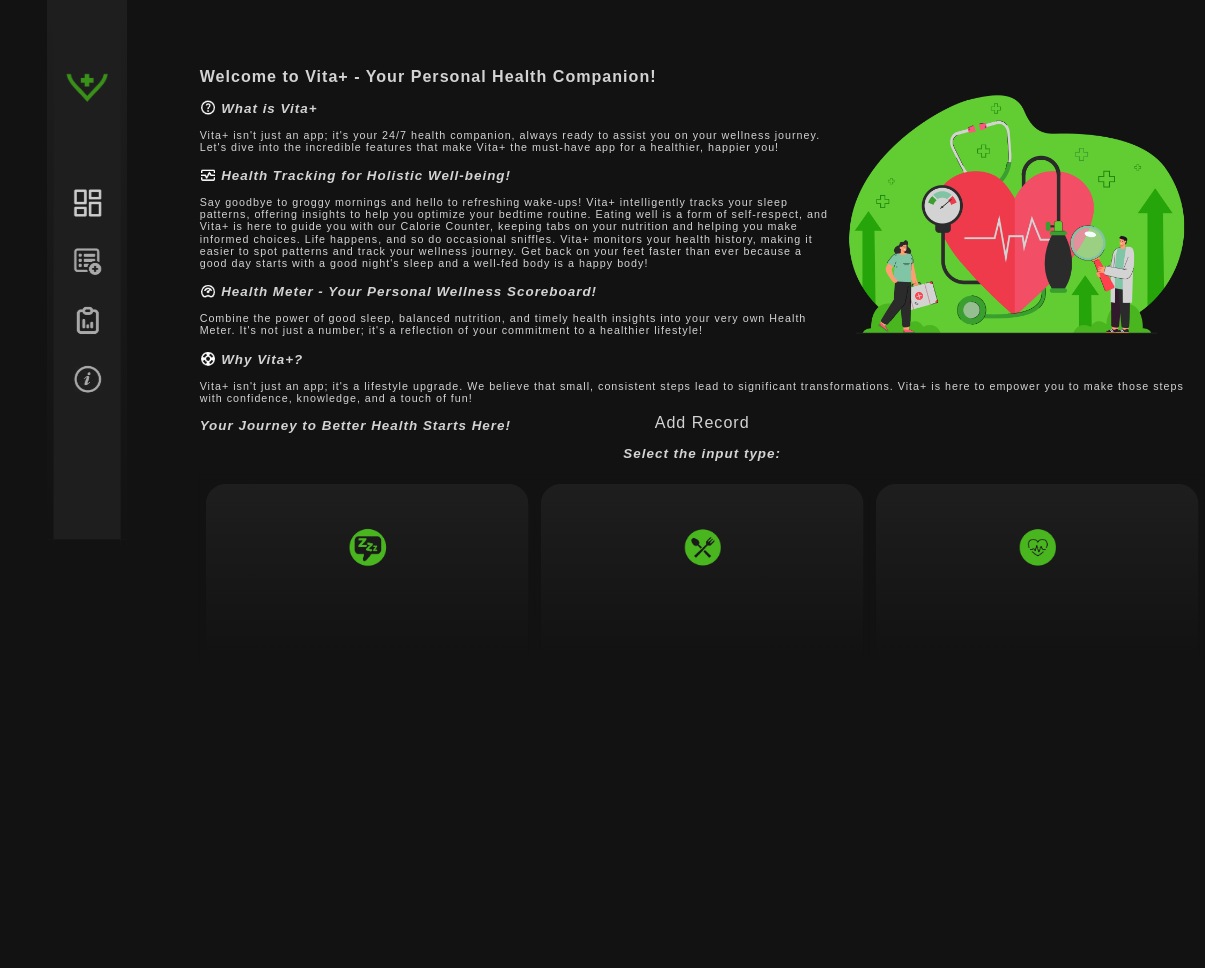
Repository: mhmd-bilal/health-analytics-dashboard
Page: http://localhost/project/info.jsp
An editor plug-in stored every save of this project. The page is shown before and after the next save, followed by the edit.
The browser window is 1280 px wide. The page is 1798 px wide, so the pictures cover 1798 px, including what lies to the right of the window. The pictures show the whole page, at 67% of full size.
Some web fonts or font styles are not loaded; a fallback is used. Some web libraries are served in a nearby version. The page is served by Tomcat 10. Other server files are loaded and not shown.

Above is the page before, as saved 2023-12-06 15:44:54.

### project/src/main/webapp/info.jsp
<%@ page import="project.SleepCalculator" %>
  <%@ page import="project.CaloriesCalculator" %>
    <%@ page import="project.IllnessCalculator " %>

      <html>

      <head>
        <meta charset="UTF-8">
        <meta name="viewport" content="width=device-width, initial-scale=1.0">
        <title>Your Health Dashboard</title>
        <link rel="stylesheet" href="https://fonts.googleapis.com/css?family=Kanit">
        <link rel="stylesheet" type="text/css" href="styles2.css">
        <meta name="viewport" content="width=device-width, initial-scale=1">
        <script src='https://cdnjs.cloudflare.com/ajax/libs/jquery/3.2.1/jquery.min.js'></script>
<link rel="stylesheet" href="https://fonts.googleapis.com/icon?family=Material+Icons">
        <script>
          // Use fetch to trigger the SleepAnalyticsServlet on page load
          function fetchSleepAnalytics() {
            fetch('SleepAnalyticsServlet')
              .then(response => response.text())
              .then(data => {
                // Optional: You can add logic to update the UI based on the response from the servlet
                console.log(data);
              })
              .catch(error => {
                console.error('Error:', error);
              });
          }
          function submitForm() {
            var inputValue = document.getElementById("inputValue").value;

            fetch('SaveToDatabaseServlet', {
              method: 'POST',
              headers: {
                'Content-Type': 'application/x-www-form-urlencoded',
              },
              body: 'inputValue=' + encodeURIComponent(inputValue),
            })
              .then(response => response.json())
              .then(data => {
                alert(data.message);
                if (data.recordAdded) {
                  alert('Record added successfully!');
                }
              })
              .catch(error => {
                console.error('Error:', error);
              });
          }

          function redirectToAddRecordPage() {
            window.location.href = 'addrecord.jsp';
          }



        </script>

      </head>
      <body style="overflow:hidden">
      <div class="sidenav">
    <a href="#" style="padding-bottom: 100px;padding-left: 10px;"><img style="width: 95%;filter: brightness(1);" src="logo.png"></a>
    <a class="active" href="index2.jsp"><img src="dashboard.png"></a>
    <a href="add.jsp"><img src="add.png"></a>
    <a href="anal.jsp"><img src="anal.png"></a>
    <a href="info.jsp"><img src="info.png"></a>
  </div>
        <div style="font-spacing:1px;margin-top:100px;height: fit-content;" class="main">
              <img src="infograhic.png" class="infograhic" height="400px" ></p>

                  <h2 style="font-weight: bolder;">Welcome to Vita+ - Your Personal Health Companion!</h2>
<p style="font-weight: bold;font-style:italic;font-size: 20px;;"><img src="help.png" style="margin-bottom:-5px;height:25px;filter: invert(100%)"> What is Vita+</p>
Vita+ isn't just an app; it's your 24/7 health companion, always ready to assist you on your wellness journey. Let's dive into the incredible features that make Vita+ the must-have app for a healthier, happier you!

<p style="font-weight: bold;font-style:italic;font-size: 20px;"><img src="health.png" style="margin-bottom:-5px;height:25px;filter: invert(100%)"> Health Tracking for Holistic Well-being!</p>
<p>Say goodbye to groggy mornings and hello to refreshing wake-ups! Vita+ intelligently tracks your sleep patterns, offering insights to help you optimize your bedtime routine. Eating well is a form of self-respect, and Vita+ is here to guide you with our Calorie Counter, keeping tabs on your nutrition and helping you make informed choices. Life happens, and so do occasional sniffles. Vita+ monitors your health history, making it easier to spot patterns and track your wellness journey. Get back on your feet faster than ever because a good day starts with a good night's sleep and a well-fed body is a happy body!</p>

<p style="font-weight: bold;font-style:italic;font-size: 20px;"><img src="hmeter.png" style="margin-bottom:-5px;height:25px;filter: invert(100%)"> Health Meter - Your Personal Wellness Scoreboard!</p>
Combine the power of good sleep, balanced nutrition, and timely health insights into your very own Health Meter. It's not just a number; it's a reflection of your commitment to a healthier lifestyle!

<p style="font-weight: bold;font-style:italic;font-size: 20px;"><img src="us.png" style="margin-bottom:-5px;height:25px;filter: invert(100%)"> Why Vita+?</p>
Vita+ isn't just an app; it's a lifestyle upgrade. We believe that small, consistent steps lead to significant transformations. Vita+ is here to empower you to make those steps with confidence, knowledge, and a touch of fun!

<p style="font-weight: bold;font-style:italic;font-size: 20px;">Your Journey to Better Health Starts Here!

      </div>

  <div class="main" style="text-align: center;margin-top: -50px;">
    <h2 style="font-weight: 400;">Add Record</h2>
    <p style="font-weight: bold;font-style:italic;font-size: 20px;">Select the input type:</p>

    <div class="choose">
        <div class="choose-card">
        <a class="choose-btn" href="#" onclick="showInputFields('sleep')"><img src="sleep-green.png"></a>
    </div>
        <div class="choose-card">
        <a class="choose-btn" href="#" onclick="showInputFields('food')"><img src="food-green.png"></a>
    </div>
        <div class="choose-card">
        <a class="choose-btn" href="#" onclick="showInputFields('illness')"><img src="ill-green.png"></a>
        </div>
    </div>
    <iframe id="formFrame" name="formFrame" width="100%" height="300px" frameborder="0"></iframe>

</div>

      </body>

      </html>

### project/src/main/webapp/styles2.css
body {
  font-family: "Montserrat", sans-serif;
  letter-spacing: 1.5px;
  background-color: #121212;
}

.sidenav {
  align-items: center;
  height: 100%;
  width: 100px;
  position: fixed;
  z-index: 1;
  top: 0;
  left: 0;
  background-color: #1E1E1E;
  overflow-x: hidden;
  padding-top: 75px;
  margin-left: 70px;
  margin-right: 100px;
  margin-top: 0px;
  border: 10px solid;
  border-image: linear-gradient(to bottom, #1E1E1E, #121212) 1;
}

.sidenav img {
  width: 75%;
}

.sidenav a {
  padding: 6px 6px 30px 25px;
  text-decoration: none;
  font-size: 25px;
  color: #d3d3d3;
  display: block;
  filter: brightness(0.8);
  transition: 0.2s;
}

.sidenav a:hover {
  filter: brightness(1.75);
}

.active img {
  filter: brightness(2);
}


.main {
  margin-left: 290px;
  margin-top: 100px;
  color: #d3d3d3;
  width: 1500px;
  height: 820px;
}

.container {
  display: flex;
}

.moodenter {
  border: 0px;
  border-radius: 25px;
  height: 50px;
  line-height: normal;
  color: #282828;
  display: block;
  width: 90%;
  box-sizing: border-box;
  user-select: auto;
  font-size: 16px;
  padding: 0 6px;
  padding-left: 30px;
  outline: none;
  background-color: #d3d3d3;
  margin-right: 10px;

}

.subbtn {
  width: 10%;
  display: inline-block;
  outline: none;
  cursor: pointer;
  font-size: 14px;
  line-height: 1;
  border-radius: 500px;
  transition-property: background-color, border-color, color, box-shadow, filter;
  transition-duration: .3s;
  border: 0px;
  letter-spacing: 2px;
  min-width: 160px;
  text-transform: uppercase;
  white-space: normal;
  font-weight: 700;
  text-align: center;
  padding: 16px 14px 18px;
  color: #fff;
  background-color: #49b51f;
  height: 48px;

  :hover {
    filter: brightness(1.75);
  }

}

.analytics_container {
  width: 100%;
  height: 60%;
  background-color: #121212;
  display: flex;
}

.pie {
  width: 40%;
}

.count {
  background-color: #1E1E1E;
  width: 60%;
  border: solid 8px transparent;
  border-radius: 80px;
  display: grid;
  background-image: linear-gradient(#1E1E1E, #1E1E1E), linear-gradient(to bottom, #1E1E1E, #121212);
  background-origin: border-box;
  background-clip: padding-box, border-box;
}

.counts {
  display: flex;
  margin-bottom: -60px;
}

.health-meter {
  padding: 0px 0px 10px 70px;
  display: flexbox;
  width: 83.5%;
}

.card {
  background-color: none;
  padding: 70px 0px 10px 70px;
  display: flexbox;
  width: 22.5%;
  height: 60%;
  height: 45%;
}

.count-icon {
  width: 60px;
  margin-left: -5px;
}

.count-text {
  font-size: 25px;
  line-height: 0px;
  font-weight: bolder;
  font-style: normal;
  margin-top: 30px;
}

.count-count {
  font-size: 18px;
  line-height: 0px;
  font-weight: lighter;
  margin-top: -12px;

}

.pbbg {
  background-color: #282828;
  width: 100%;
  height: 3%;
  border-radius: 80px;
}

.pb {
  background-color: #49b51f;
  height: 100%;
  border-radius: 80px;
}

.choose {
  width: 100%;
  height: 20%;
  background-color: #121212;
  display: flex;
}

.choose-card {
  height: 120%;
  width: 33%;
  align-items: center;
  text-align: center;
  background-image: linear-gradient(to bottom, #1E1E1E, #121212);
  ;
  border: #121212 solid 9px;
  border-radius: 40px 40px 0px 0px;
  padding: 60px 0px 0px 1px;
  transition: 1s;
  margin-top: 5px;
}

.choose-card a {
  background-color: transparent;
  outline: none;
  border: none;
}

.choose-card:hover {
  translate: 0 -5px;
}

#formFrame {
  margin-top: 200px;
}

.choose-card img {
  height: 70px;
}


.main-entry {
  width: 100%;
  height: 20%;
  text-align: center;
  color: #d3d3d3;
}

.date-pick {
  background-color: #1E1E1E;
  color: white;
  outline: none;
  border: none;
  border-radius: 25px;
  padding: 10px;
}

.subbtnentry {
  width: 40px;
  height: 30px;
  display: inline-block;
  outline: none;
  cursor: pointer;
  font-size: 14px;
  line-height: 1;
  border-radius: 500px;
  transition-property: background-color, border-color, color, box-shadow, filter;
  transition-duration: .3s;
  border: 0px;
  letter-spacing: 2px;
  min-width: 160px;
  text-transform: uppercase;
  white-space: normal;
  font-weight: 600;
  text-align: center;
  padding: 5px;
  color: #fff;
  background-color: #49b51f;
}
.chartFrame{
	outline: none;
	border: none;
	margin-top: 30px;
}

.md{
	text-align: center;
	color: #d3d3d3;
	z-index: 1;
	position: absolute;
	margin-top: -260px;
	margin-left: 245px;
}

.infograhic{
	z-index: 1;
	position: relative;
	padding-top: 20px;
	float: right;
}
@media screen and (max-height: 450px) {
  .sidenav {
    padding-top: 15px;
  }

  .sidenav a {
    font-size: 18px;
  }
}

After the next save:
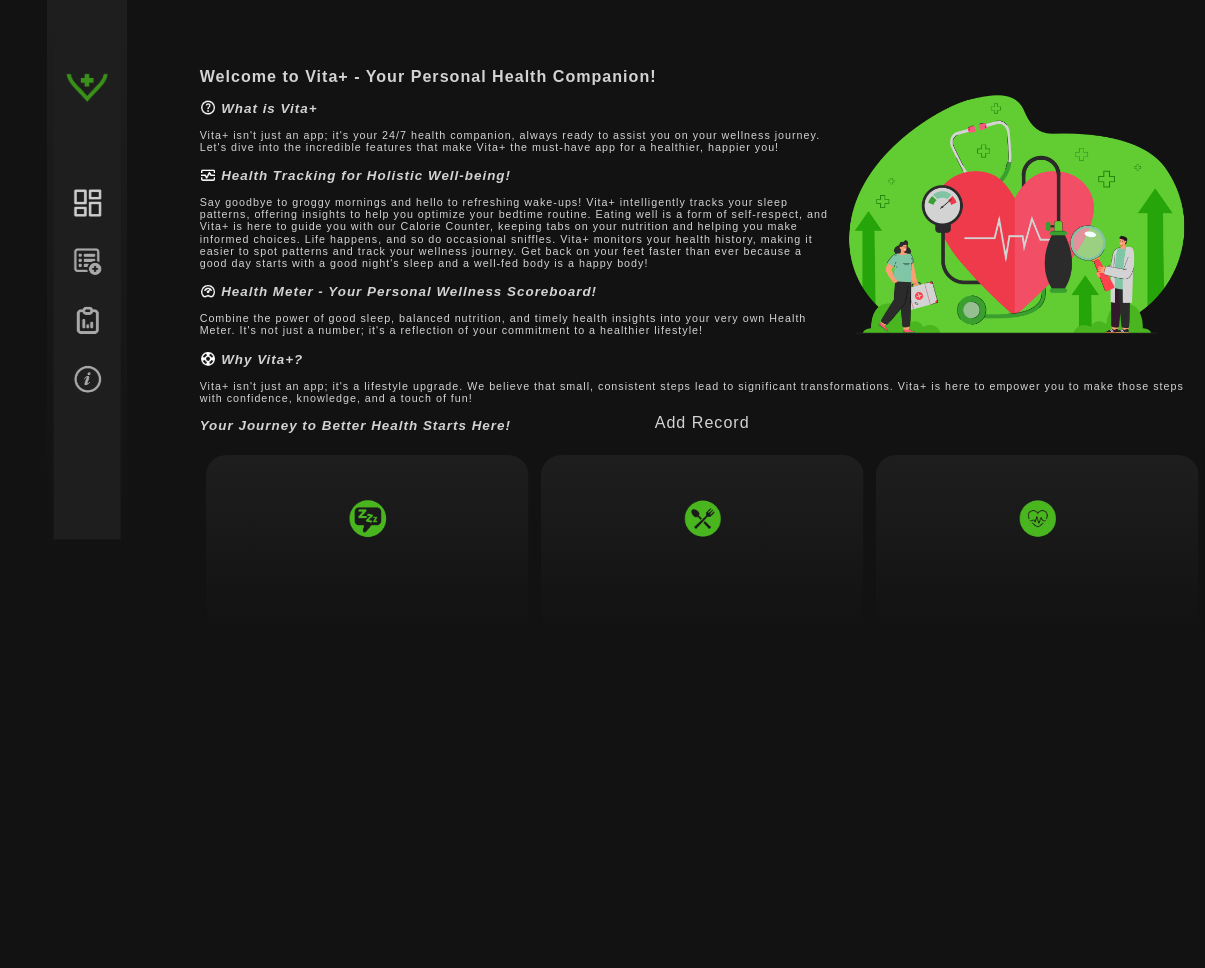
Saved 16 s later.
--- a/project/src/main/webapp/info.jsp
+++ b/project/src/main/webapp/info.jsp
@@ -87,7 +87,6 @@ Vita+ isn't just an app; it's a lifestyle upgrade. We believe that small, consis
 
   <div class="main" style="text-align: center;margin-top: -50px;">
     <h2 style="font-weight: 400;">Add Record</h2>
-    <p style="font-weight: bold;font-style:italic;font-size: 20px;">Select the input type:</p>
 
     <div class="choose">
         <div class="choose-card">
